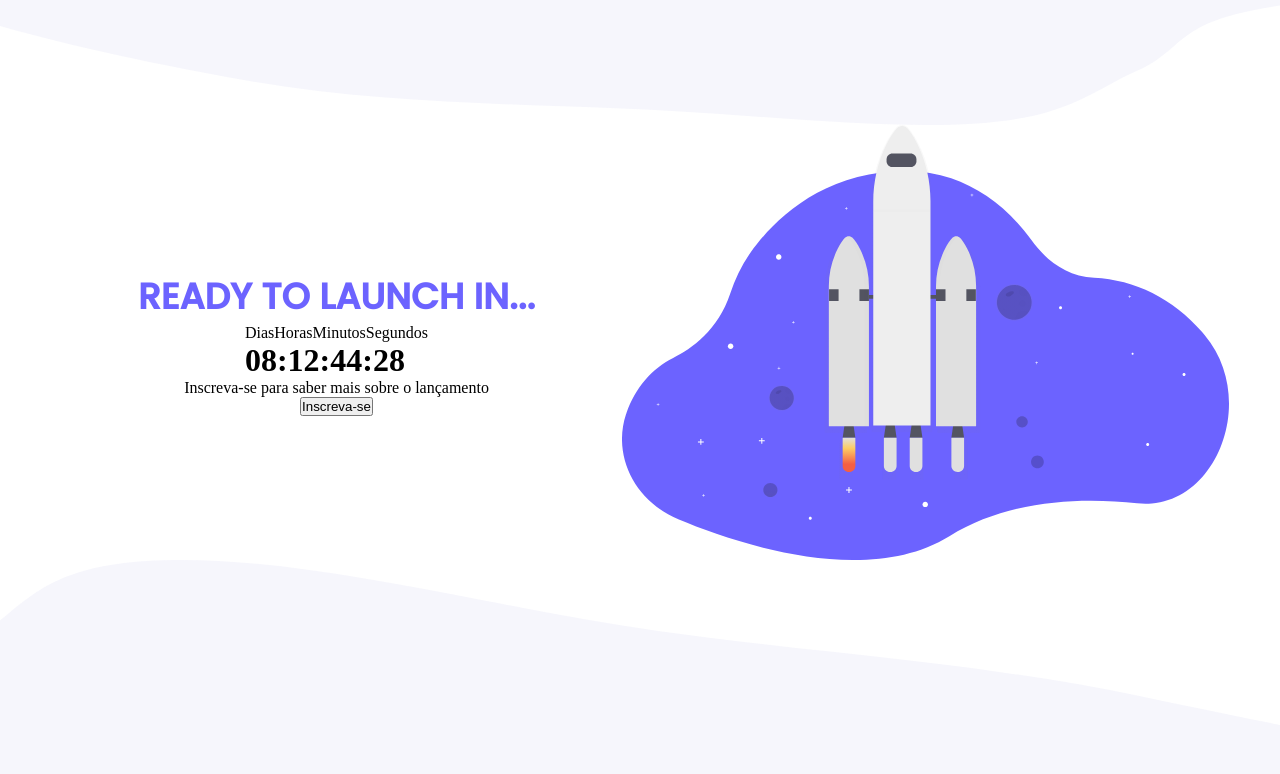
Repository: BrunoBross/countdown
Page: index.html
The author's editor kept a copy of each file at every save. The page is drawn from the files as they stood at one save, then again after a run of saves.
The browser window is 1280 px wide. The pictures show the whole page.

Above is the page before, as saved 2021-11-30 00:44:32.

### index.html
<!DOCTYPE html>
<html lang="en">
<head>
  <meta charset="UTF-8">
  <meta http-equiv="X-UA-Compatible" content="IE=edge">
  <meta name="viewport" content="width=device-width, initial-scale=1.0">
  <title>Document</title>
  <link rel="stylesheet" href="./style.css">
  <link rel="preconnect" href="https://fonts.googleapis.com">
  <link rel="preconnect" href="https://fonts.gstatic.com" crossorigin>
  <link href="https://fonts.googleapis.com/css2?family=Poppins:wght@300;400;500&display=swap" rel="stylesheet">
</head>
<body>
  <div class="background">
    <img class="image" id="top" src="./assets/top-image.svg" alt="">
    <div class="center">
      <div class="content">
        <h1>READY TO LAUNCH IN...</h1>
        <div class="clock">
          <div class="labels">
            <p>Dias</p>
            <p>Horas</p>
            <p>Minutos</p>
            <p>Segundos</p>
          </div>
          <div class="time">
            <h1>08</h1>
            <h1>:</h1>
            <h1>12</h1>
            <h1>:</h1>
            <h1>44</h1>
            <h1>:</h1>
            <h1>28</h1>
          </div>
        </div>
        <p>Inscreva-se para saber mais sobre o lançamento</p>
        <button>Inscreva-se</button>
      </div>
      <img id="rocket" src="./assets/rocket.svg" alt="">
    </div>
    <img class="image" id="bottom" src="./assets/bottom-image.svg" alt="">
  </div>
</body>

<script src="./script.js"></script>
</html>

### style.css
*{
  padding: 0;
  margin: 0;
}

body{
  background-color: #FFF;
}

.background{
  height: 100vh;
  display: flex;
  flex-direction: column;
  justify-content: space-between;
}

.center{
  padding: 0 4vw;
  display: flex;
  justify-content: space-between;
}

.image{
  width: 100vw;
}

.clock{
  display: flex;
  flex-direction: column;
}

.labels{
  display: flex;
}

.time{
  display: flex;
}

.content{
  width: 50vw;
  display: flex;
  flex-direction: column;
  justify-content: center;
  align-items: center;
}

.content > h1{
  color: #6C63FF;
  font-family: 'Poppins', 'sans-serif';
  font-weight: 700;
  font-size: 5vh;
}

Loaded but not shown: script.js (no copy from this time; the picture is the same without it)

After the next 2 saves:
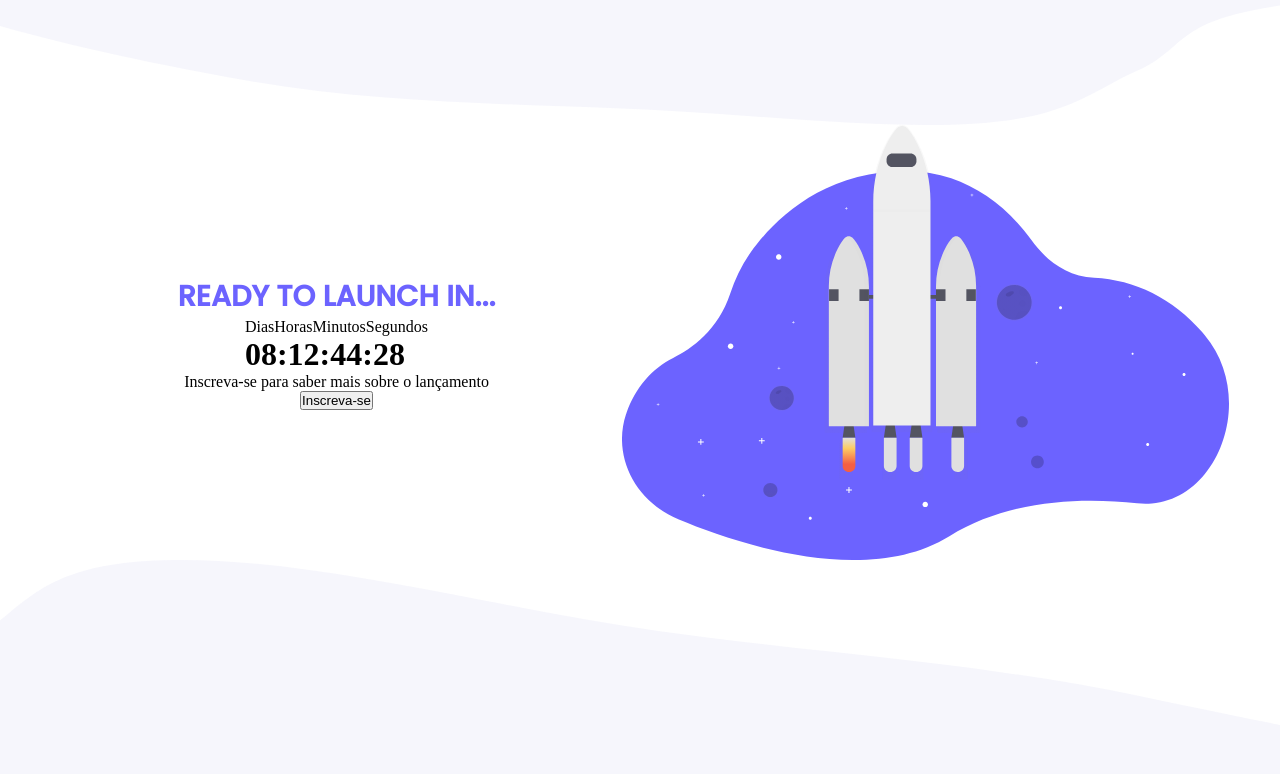
The 2 saves are shown as one change because they came seconds apart.
The last was saved 8 s later.
--- a/style.css
+++ b/style.css
@@ -49,5 +49,5 @@ body{
   color: #6C63FF;
   font-family: 'Poppins', 'sans-serif';
   font-weight: 700;
-  font-size: 5vh;
+  font-size: 4vh;
 }
